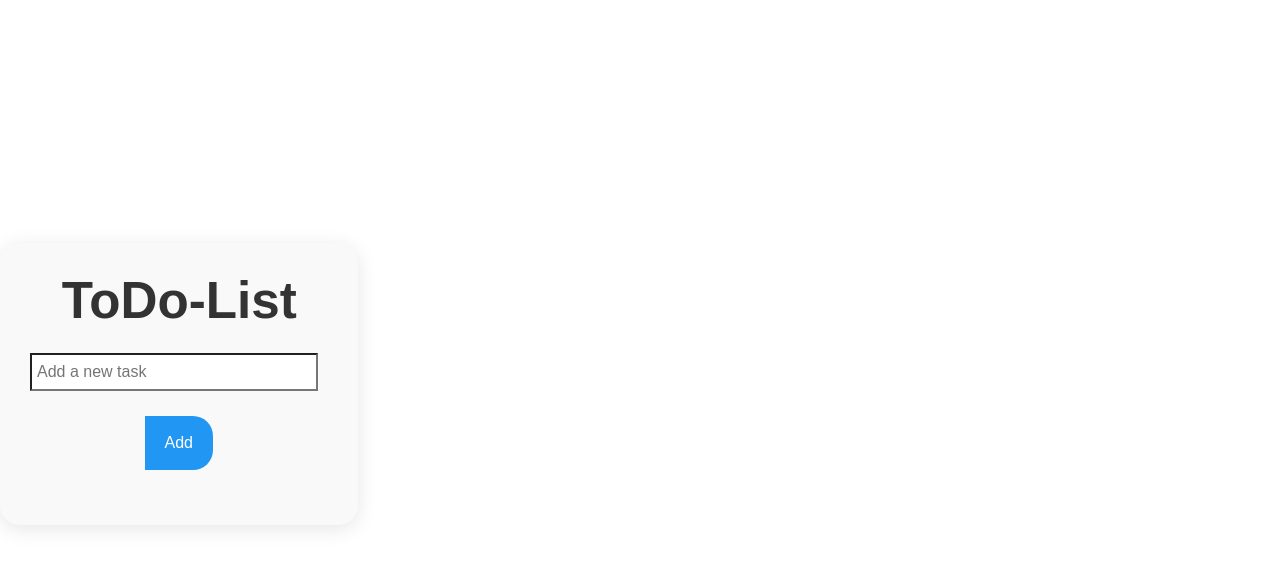
Repository: AkshatKapo/Todolist-React-app
Page: /
An editor plug-in stored every save of this project. The page is shown before and after the next save, followed by the edit.
The browser window is 1280 px wide. The pictures show the whole page.
The project was rebuilt for these pictures with package versions that can differ from the ones it lists, and the page was loaded fresh each time. Also part of the build but not shown: vite.config.js.

Above is the page before, as saved 2024-06-22 14:54:09.

After the next save:
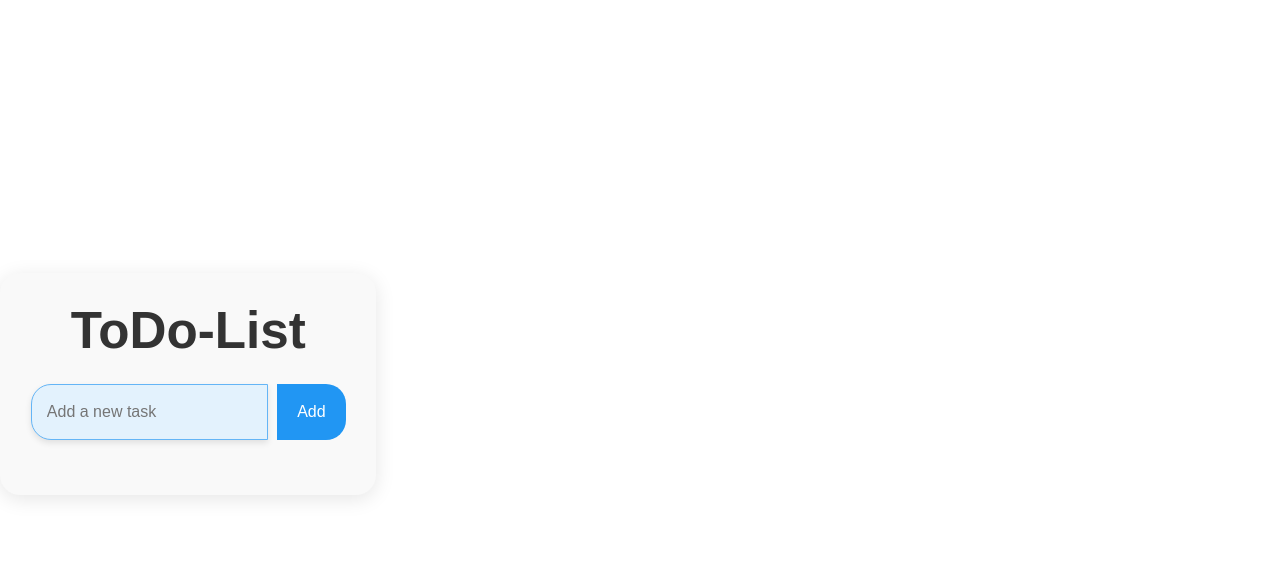
Saved 31 s later.
--- a/src/TodoList2.jsx
+++ b/src/TodoList2.jsx
@@ -33,7 +33,7 @@ const TodoList2 = () => {
       <div className="input-group">
         <input
           type="text"
-          className="input-group"
+          className="input-field"
           value={input}
           onChange={input_todo}
           placeholder="Add a new task"
